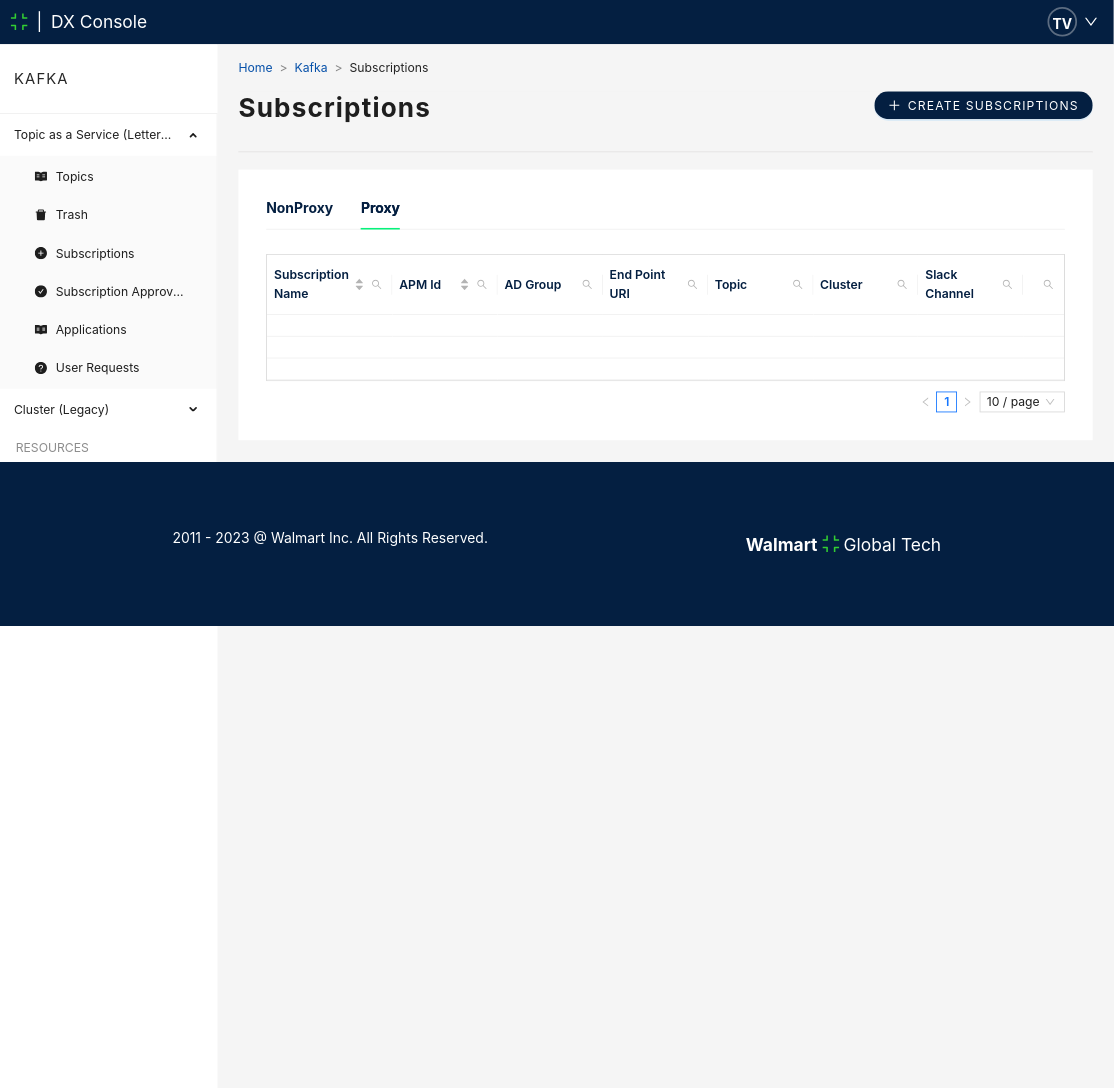
Repository: Qianying-Chai/kafka
Page: /kafka/subscriptions_active_tab=proxy
An editor plug-in stored every save of this project. The page is shown before and after the next save, followed by the edit.
The browser window is 1280 px wide. The pictures show the whole page, at 87% of full size.
The project was rebuilt for these pictures with package versions that can differ from the ones it lists, and the page was loaded fresh each time. Also part of the build but not shown: src/pages/Components/ComponentsInput.jsx, src/pages/Taas/Topics/Topics.jsx, src/pages/Components/Style/SelectTitle.css, src/pages/Components/SelectTitle.jsx, src/pages/Taas/Topics/Style/DetailsForm.css, src/pages/Taas/Topics/CreateTopics/Form/DetailsForm.jsx, src/pages/Components/ComponentsDivider.jsx, src/pages/Taas/Topics/Style/CreateTopic.css and 18 more.

Above is the page before, as saved 2024-01-15 20:36:38.

After the next save:
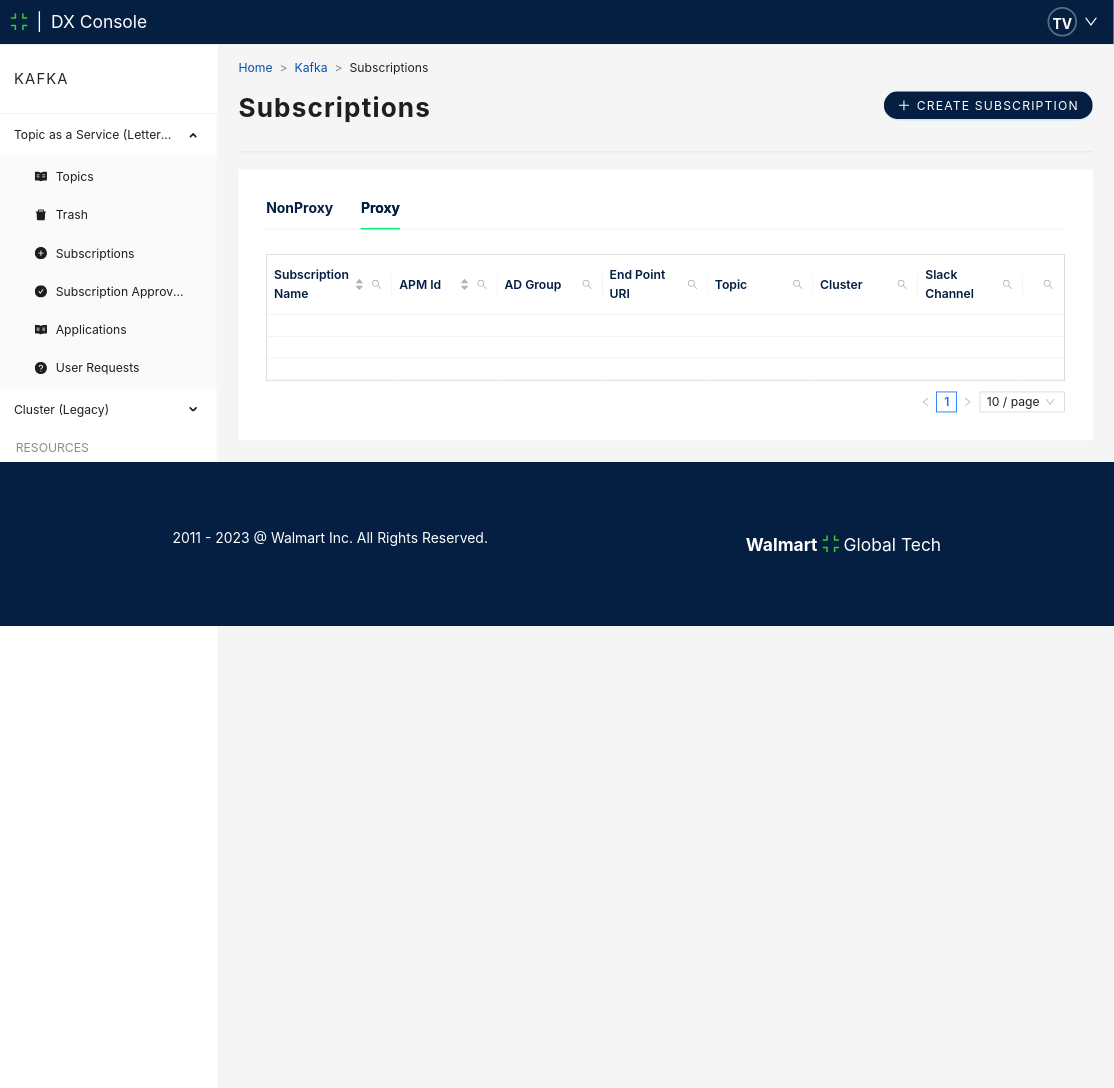
Saved 3 min 19 s later.
--- a/src/pages/Taas/Subscriptions/SubscriptionsProxy/SubscriptionsProxy.jsx
+++ b/src/pages/Taas/Subscriptions/SubscriptionsProxy/SubscriptionsProxy.jsx
@@ -293,8 +293,12 @@
             className="content-banner-button"
             type="primary"
           >
-            <PlusOutlined />
-            {`CREATE ${categoryConstants.SUBSCRIPTIONS.toLocaleUpperCase()}`}
+            <Link
+              to={`/kafka/${categoryConstants.SUBSCRIPTIONS.toLowerCase()}_active_tab=nonProxy/create`}
+            >
+              <PlusOutlined style={{ marginRight: "8px" }} />
+              {categoryConstants.CREATE_SUBSCRIPTION.toUpperCase()}
+            </Link>
           </Button>
         </div>
       </div>
